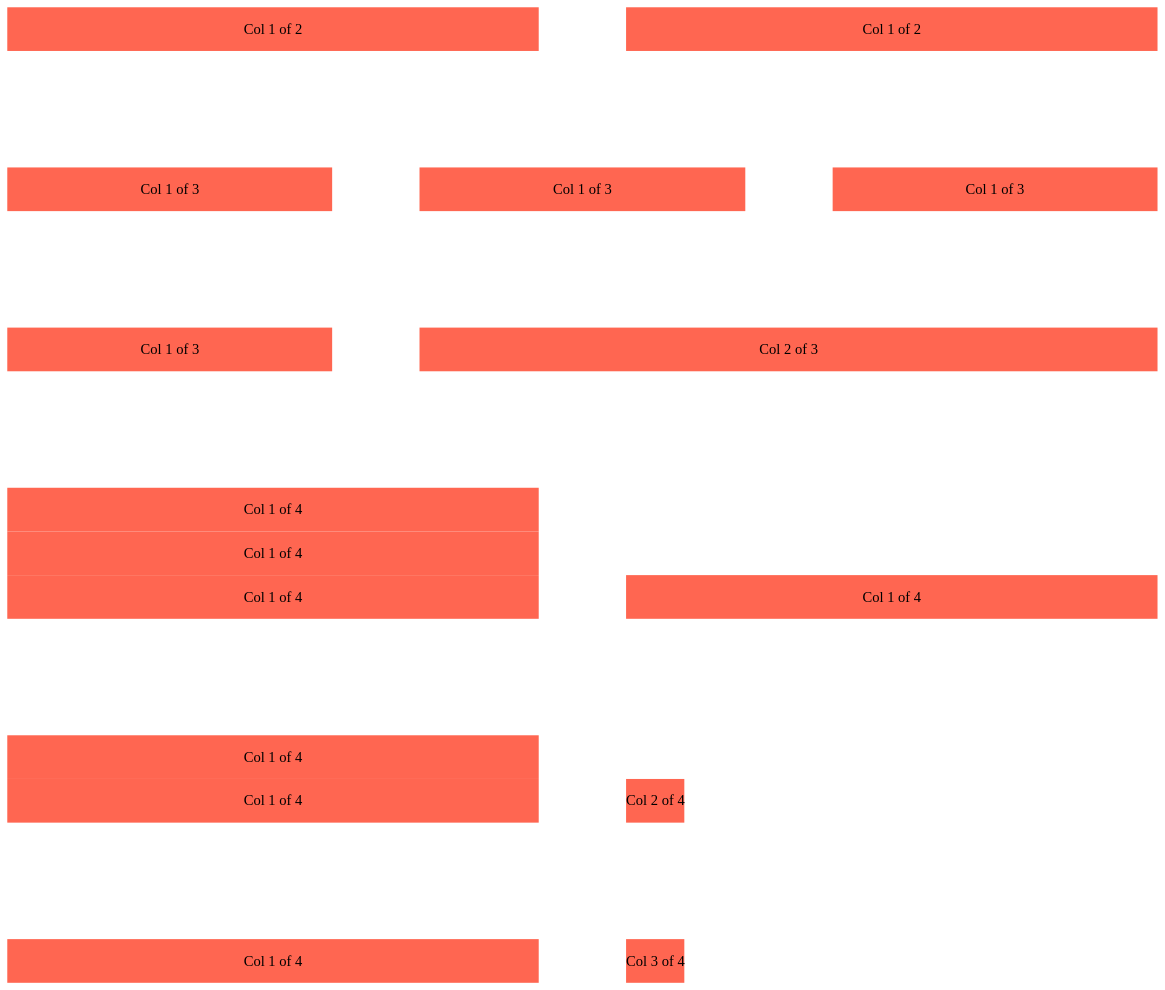
Repository: haokiet2501/grid-basic
Page: index.html
An editor plug-in stored every save of this project. The page is shown before and after the next save, followed by the edit.
The browser window is 1280 px wide. The pictures show the whole page, at 91% of full size.

Above is the page before, as saved 2022-08-11 19:00:44.

### index.html
<!DOCTYPE html>
<html lang="en">
<head>
    <meta charset="UTF-8">
    <meta http-equiv="X-UA-Compatible" content="IE=edge">
    <meta name="viewport" content="width=device-width, initial-scale=1.0">
    <link rel="stylesheet" href="styles.css">
    <title>GRID BASIC</title>
</head>
<body>
    <section class="grid-test">
        <div class="row">
            <div class="col-1-of-2">
                Col 1 of 2
            </div>
            <div class="col-1-of-2">
                Col 1 of 2
            </div>
        </div>

        <div class="row">
            <div class="col-1-of-3">
                Col 1 of 3
            </div>
            <div class="col-1-of-3">
                Col 1 of 3
            </div>
            <div class="col-1-of-3">
                Col 1 of 3
            </div>
        </div>

        <div class="row">
            <div class="col-1-of-3">
                Col 1 of 3
            </div>
            <div class="col-2-of-3">
                Col 2 of 3
            </div>
        </div>

        <div class="row">
            <div class="col-1-of-4">
                Col 1 of 4
            </div>
            <div class="col-1-of-4">
                Col 1 of 4
            </div>
            <div class="col-1-of-4">
                Col 1 of 4
            </div>
            <div class="col-1-of-4">
                Col 1 of 4
            </div>
        </div>

        <div class="row">
            <div class="col-1-of-4">
                Col 1 of 4
            </div>
            <div class="col-1-of-4">
                Col 1 of 4
            </div>
            <div class="col-2-of-4">
                Col 2 of 4
            </div>
        </div>

        <div class="row">
            <div class="col-1-of-4">
                Col 1 of 4
            </div>
            <div class="col-3-of-4">
                Col 3 of 4
            </div>
        </div>

    </section>
</body>
</html>

### styles.css
:root {
    --grid-width: 114rem;
    --gutter-vertical: 8rem;
    --gutter-horizonal: 6rem
}

.row {
    max-width: var(--grid-width);
    margin: 0 auto;
}

.row::after {
    content: "";
    display: table;
    clear: both;
}

.row:not(:last-child) {
    margin-bottom: var(--gutter-vertical);
}

[class^='col-'] {
    background-color: #FF6651;
    float: left;
    padding: 15px 0;
    text-align: center;
}

[class^='col-']:not(:last-child) {
    margin-right: var(--gutter-horizonal);
}

.col-1-of-2 {
    width: calc((100% - var(--gutter-horizonal)) / 2);
}

.col-1-of-3 {
    width: calc((100% - 2 * var(--gutter-horizonal)) / 3);
}

.col-2-of-3 {
    width: calc(2 * ((100% - 2 * var(--gutter-horizonal)) / 3) + var(--gutter-horizonal));
}

.col-1-of-4 {
    width: calc((100% - 3 * var(--gutter-horizonal)) / 4);
}

.col-1-of-4 {
    width: calc(2 * ((100% - 3 * var(--gutter-horizonal)) / 4) + var(--gutter-horizonal));
}

After the next save:
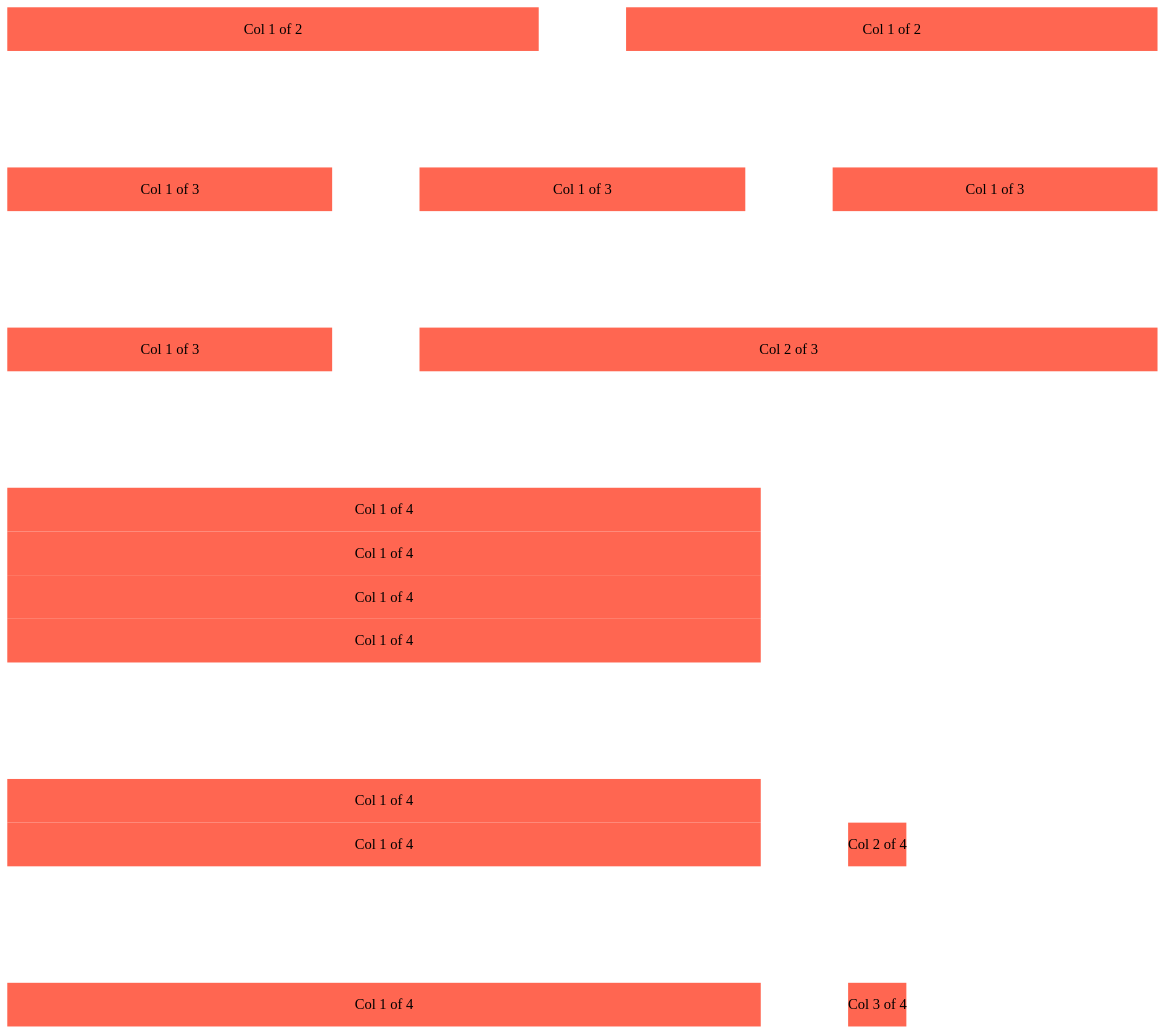
Saved 11 s later.
--- a/styles.css
+++ b/styles.css
@@ -47,5 +47,5 @@
 }
 
 .col-1-of-4 {
-    width: calc(2 * ((100% - 3 * var(--gutter-horizonal)) / 4) + var(--gutter-horizonal));
+    width: calc(3 * ((100% - 3 * var(--gutter-horizonal)) / 4) + var(--gutter-horizonal));
 }
